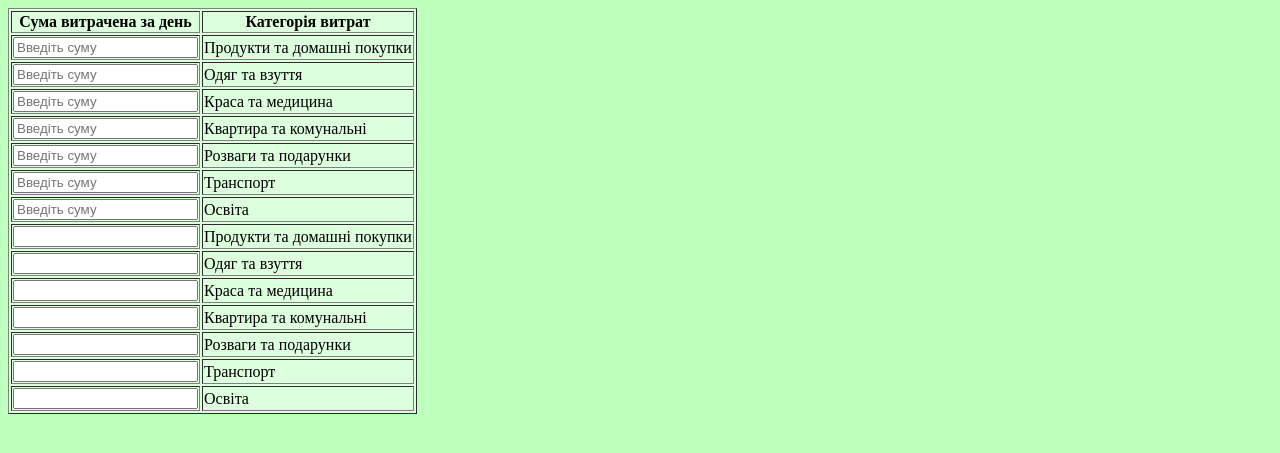
Repository: alexandrastarovoyda-star/Planer2
Page: index.html
These files come from the project's save history. The page is drawn as it stood at one moment and after the next save; the edit follows.
The browser window is 1280 px wide. The pictures show the whole page.

Above is the page before, as saved 2026-03-24 16:57:25.

After the next save:
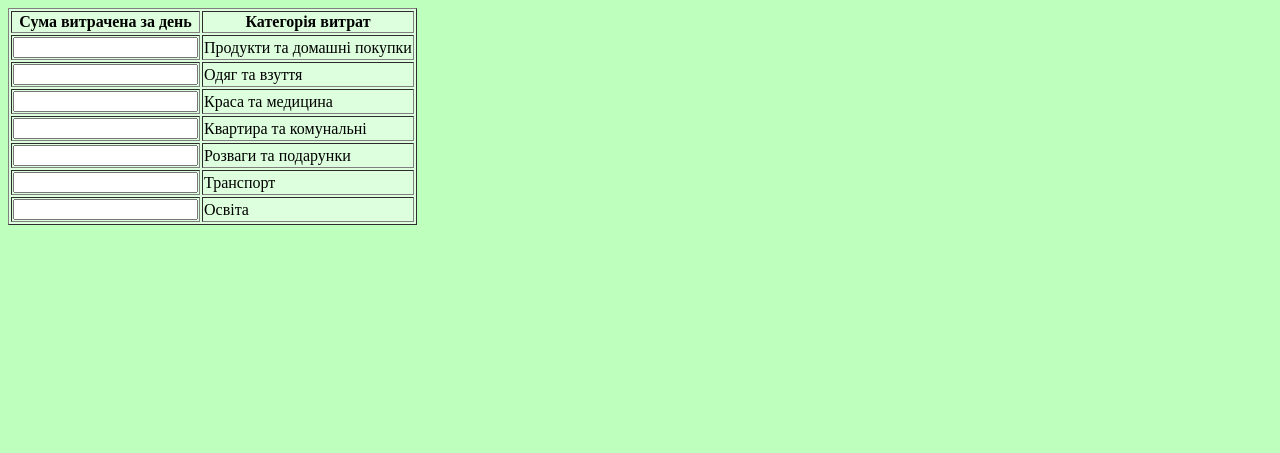
Saved 51 s later.
--- a/index.html
+++ b/index.html
@@ -9,35 +9,8 @@
     <body>
         <table border="1" class="table_calculator" id="day_spend_table">
             <tr>
-                <th>Сума витрачена за день</th><th>Категорія витрат</th>
-            </tr>
-            <tr>
-                <td><input type="number" placeholder="Введіть суму"></td>
-                <td>Продукти та домашні покупки</td>
-            </tr>
-            <tr>
-                <td><input type="number" placeholder="Введіть суму"></td>
-                <td>Одяг та взуття</td>
-            </tr>
-            <tr>
-                <td><input type="number" placeholder="Введіть суму"></td>
-                <td>Краса та медицина</td>
-            </tr>
-            <tr>
-                <td><input type="number" placeholder="Введіть суму"></td>
-                <td>Квартира та комунальні</td>
-            </tr>
-            <tr>
-                <td><input type="number" placeholder="Введіть суму"></td>
-                <td>Розваги та подарунки</td>
-            </tr>
-            <tr>
-                <td><input type="number" placeholder="Введіть суму"></td>
-                <td>Транспорт</td>
-            </tr>
-            <tr>
-                <td><input type="number" placeholder="Введіть суму"></td>
-                <td>Освіта</td>
+                <th>Сума витрачена за день</th>
+                <th>Категорія витрат</th>
             </tr>
         </table>
     <script src="js/index.js"></script>
